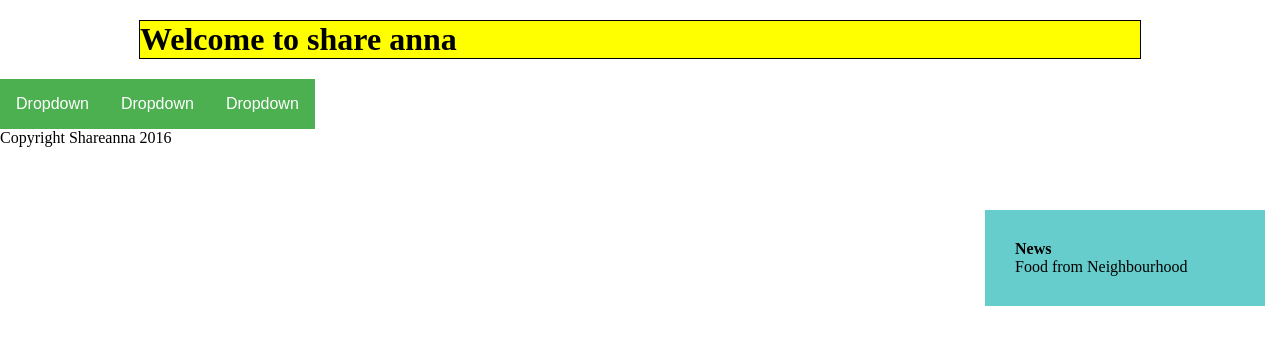
Repository: navigator007/shareanna
Page: practiceSpringMVC_1/src/main/webapp/home.html
The author's editor kept a copy of each file at every save. The page is drawn from the files as they stood at one save, then again after the next save.
The browser window is 1280 px wide. The pictures show the whole page.

Above is the page before, as saved 2016-08-20 22:58:17.

### practiceSpringMVC_1/src/main/webapp/home.html
<!DOCTYPE html>
<html lang="en">
<head>
<meta charset="UTF-8">
<title>take-away, food sharing</title>
<link rel="stylesheet" href="css/home.css">
</head>
<body>
	<div id="main_header">
		<header>
			<h1>Welcome to share anna</h1>
		</header>
	</div>
	<ul class = "menu_dropdown">
		<li>
			<div class="dropdown">
				<button class="dropbtn">Dropdown</button>
				<div class="dropdown-content">
					<a href="#">Link 1</a>
					 <a href="#">Link 2</a>
					 <a href="#">Link3</a>
				</div>
			</div>
		</li>
		<li>
			<div class="dropdown">
				<button class="dropbtn">Dropdown</button>
				<div class="dropdown-content">
					<a href="#">Link 1</a>
					 <a href="#">Link 2</a>
					 <a href="#">Link3</a>
				</div>
			</div>
		</li>
		<li>
			<div class="dropdown">
				<button class="dropbtn">Dropdown</button>
				<div class="dropdown-content">
					<a href="#">Link 1</a>
					 <a href="#">Link 2</a>
					 <a href="#">Link3</a>
				</div>
			</div>
		</li>
	</ul>
	<div id="section">
		<section>
			<aside>
				<h4>News</h4>
				Food from Neighbourhood
			</aside>
		</section>
	</div>
	<footer> Copyright Shareanna 2016 </footer>
</body>
</html>

### practiceSpringMVC_1/src/main/webapp/css/home.css
@CHARSET "UTF-8";
*{
	margin:0px;
	padding: 0px;
}
header ,section, footer, aside, nav, article, hgroup{
	display:block;
}
body{
	text-align:left;
}
#main_header{
	border: 1px solid black;
	width: 1000px;
	margin: 20px auto;
	background: yellow;
	text-decoration: blink;
}

#section{
	position: fixed;
	float: left;
	width: 220px;
	margin: 20px 0px;
	padding: 30px;
	background: #66cccc;
	top: 190px;
	right: 15px
}
/* Dropdown button section -- start */
.dropbtn {
    background-color: #4CAF50;
    color: white;
    padding: 16px;
    font-size: 16px;
    border: none;
    cursor: pointer;
}
.dropdown {
    position: relative;
    display: inline-block;
}
.dropdown-content {
    display: none;
    position: absolute;
    background-color: #f9f9f9;
    min-width: 130px;
    box-shadow: 0px 8px 16px 0px rgba(0,0,0,0.2);
}
.dropdown-content a {
    color: black;
    padding: 12px 16px;
    text-decoration: none;
    display: block;
}
.dropdown-content a:hover {background-color: #f1f1f1}

.dropdown:hover .dropdown-content {
    display: block;
}

.dropdown:hover .dropbtn {
    background-color: #3e8e41;
}
.menu_dropdown{
	margin: 0;
    padding: 0;
    overflow: hidden;
}

.menu_dropdown li{
	float: left;
}
.menu_dropdown a{
	display: block;
	background-color: #dddddd;
}

After the next save:
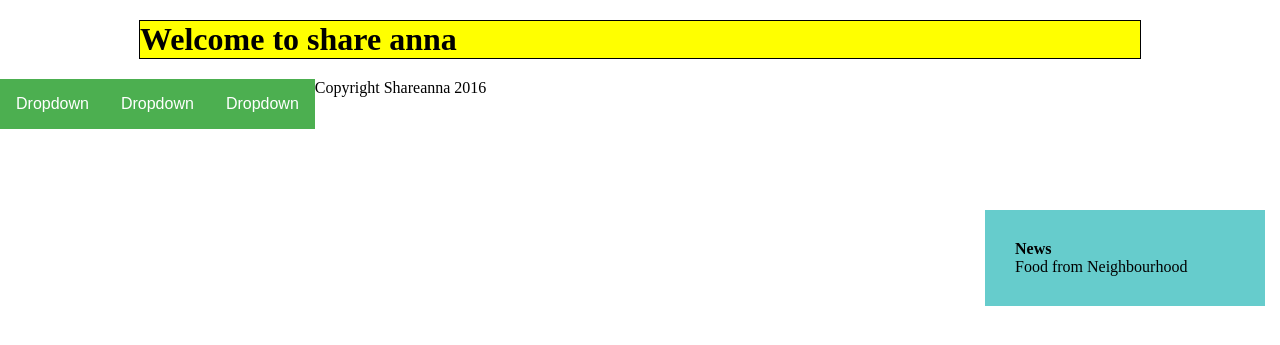
Saved 4 s later.
--- a/practiceSpringMVC_1/src/main/webapp/css/home.css
+++ b/practiceSpringMVC_1/src/main/webapp/css/home.css
@@ -65,7 +65,7 @@ body{
 .menu_dropdown{
 	margin: 0;
     padding: 0;
-    overflow: hidden;
+
 }
 
 .menu_dropdown li{
